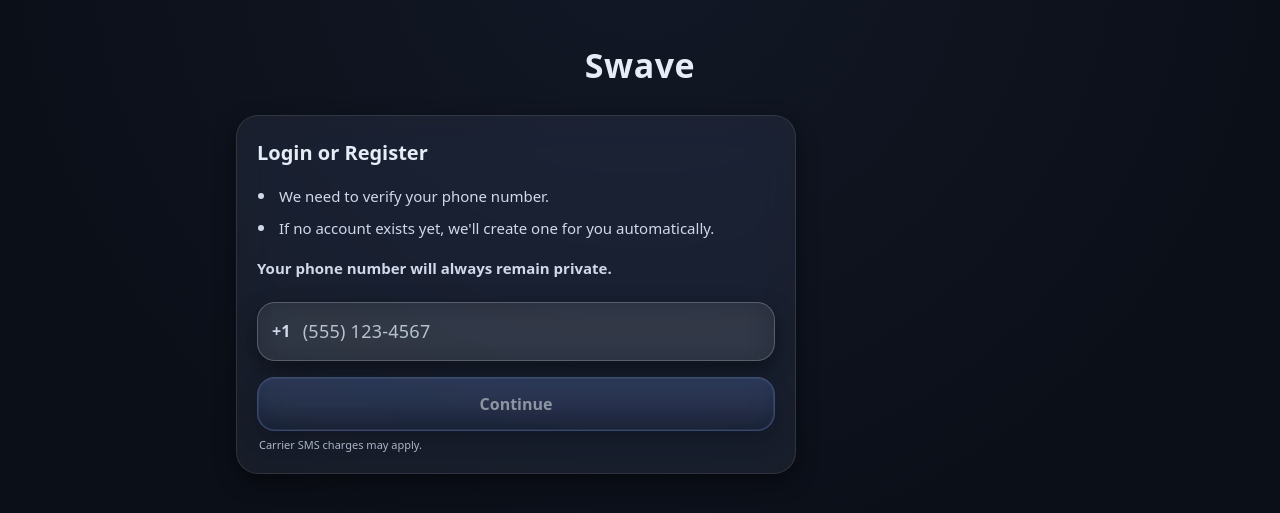
Repository: swave-schiff/Swave-new-mockup
Page: /
The author's editor kept a copy of each file at every save. The page is drawn from the files as they stood at one save, then again after the next save.
The browser window is 1280 px wide. The pictures show the whole page.
The project was rebuilt for these pictures with package versions that can differ from the ones it lists, and the page was loaded fresh each time. Also part of the build but not shown: src/CodeEntryScreen.jsx, src/UsernameEntryScreen.jsx, src/RegistrationScreen.jsx, src/components/GlassRowCard.jsx, src/ConnectionsScreen.jsx, src/MessagesScreen.jsx, src/ConversationScreen.jsx, src/ConnectionDetailScreen.jsx and 6 more.

Above is the page before, as saved 2026-01-05 15:27:07.

After the next save:
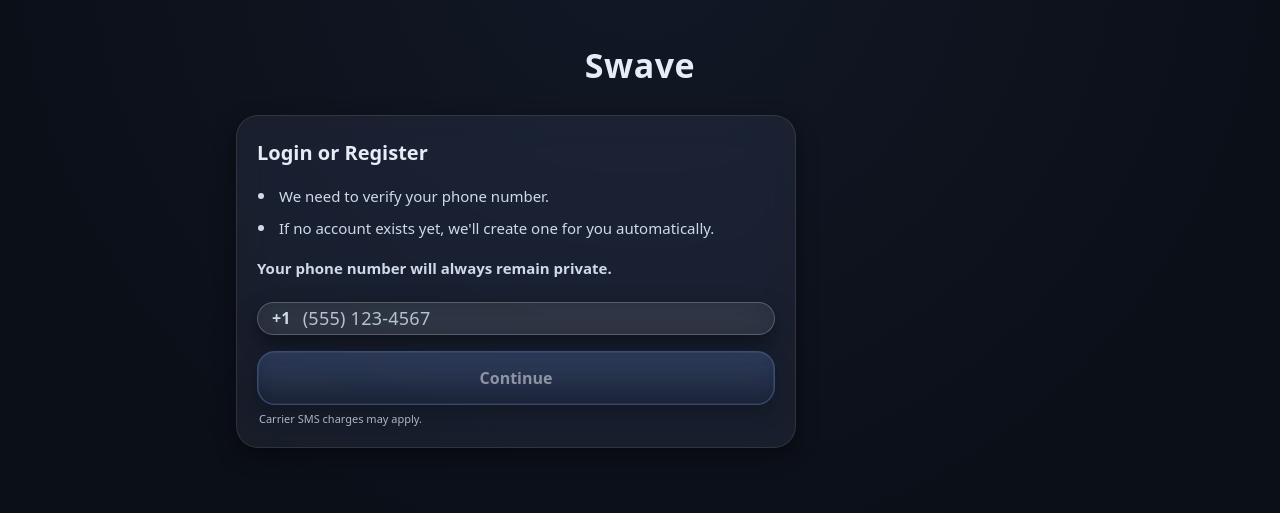
Saved 50 s later.
--- a/src/styles.css
+++ b/src/styles.css
@@ -601,7 +601,7 @@
   align-items: center;
   gap: 10px;
   width: 100%;
-  padding: 14px 14px;
+  padding: 1px 14px;
   border-radius: var(--radius-18);
   background: var(--glass-surface);
   border: 1px solid var(--glass-border-strong);

After the save that followed:
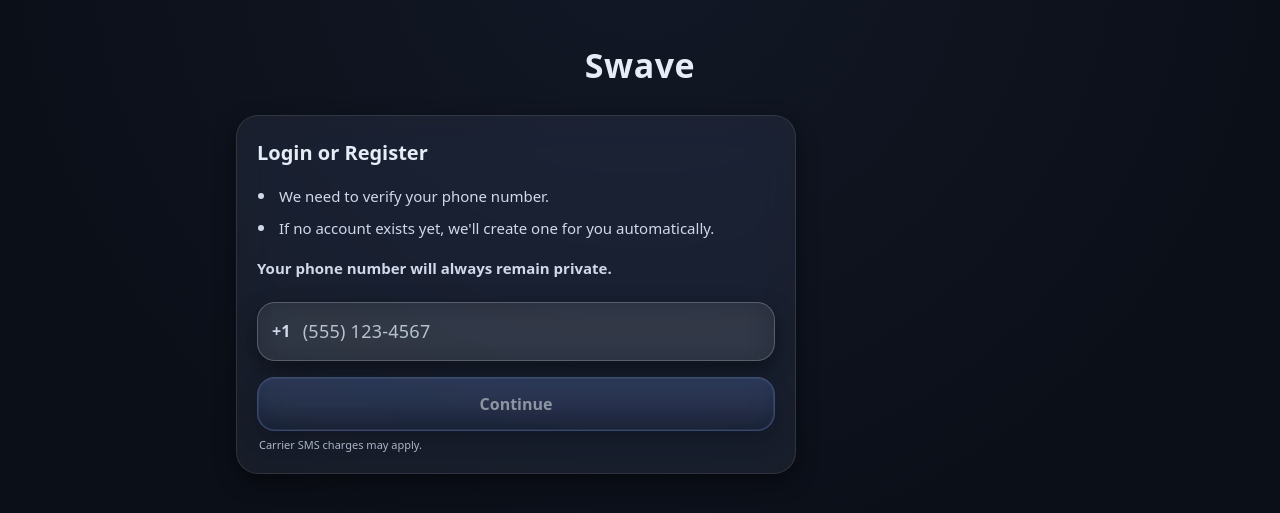
Saved 6 s later.
--- a/src/styles.css
+++ b/src/styles.css
@@ -601,7 +601,7 @@
   align-items: center;
   gap: 10px;
   width: 100%;
-  padding: 1px 14px;
+  padding: 14px 14px;
   border-radius: var(--radius-18);
   background: var(--glass-surface);
   border: 1px solid var(--glass-border-strong);
